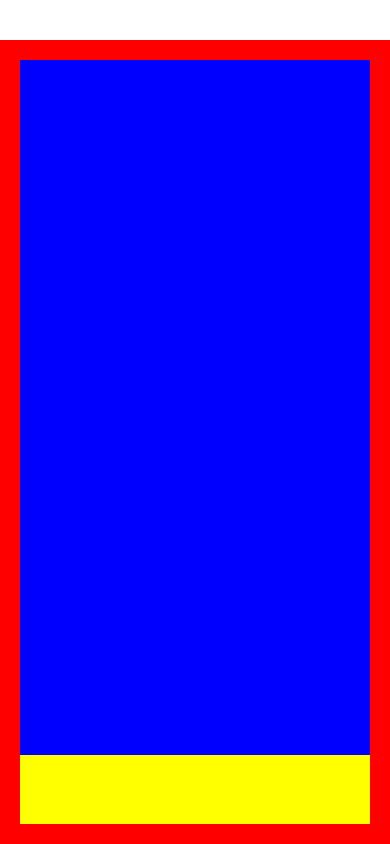
Repository: akinmiday/ReactNativeApp
Screen: /
An editor plug-in stored every save of this project. The screen is shown before and after the next save, followed by the edit.
The app was drawn by React Native's web renderer in a window 390 px wide. The project was rebuilt for these pictures with package versions that can differ from the ones it lists, and the page was loaded fresh each time.

Above is the screen before, as saved 2023-08-03 18:48:28.

### App.js
import { useEffect, useState } from "react";
import {
  View,
  Text,
  TextInput,
  Button,
  Alert,
  TouchableWithoutFeedback,
  Keyboard,
  TouchableOpacity,
} from "react-native";
import styles from "./styles";

export default function App() {
  const { container, label } = styles;

  return (
    <View style={container}>
      <View style={{ backgroundColor: "blue", flex: 10 }}></View>
      <View style={{ backgroundColor: "yellow", flex: 1 }}></View>
    </View>
  );
}

### styles.js
import { StyleSheet } from "react-native";

const styles = StyleSheet.create({
  container: {
    marginTop: 40,
    padding: 20,
    backgroundColor: "red",
    flex: 1,
  },
});

export default styles;

After the next save:
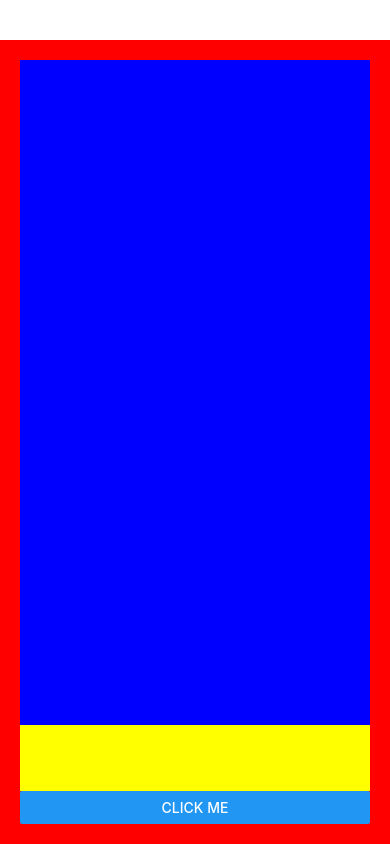
Saved 50 s later.
--- a/App.js
+++ b/App.js
@@ -18,6 +18,7 @@ export default function App() {
     <View style={container}>
       <View style={{ backgroundColor: "blue", flex: 10 }}></View>
       <View style={{ backgroundColor: "yellow", flex: 1 }}></View>
+      <Button title="Click me" />
     </View>
   );
 }
